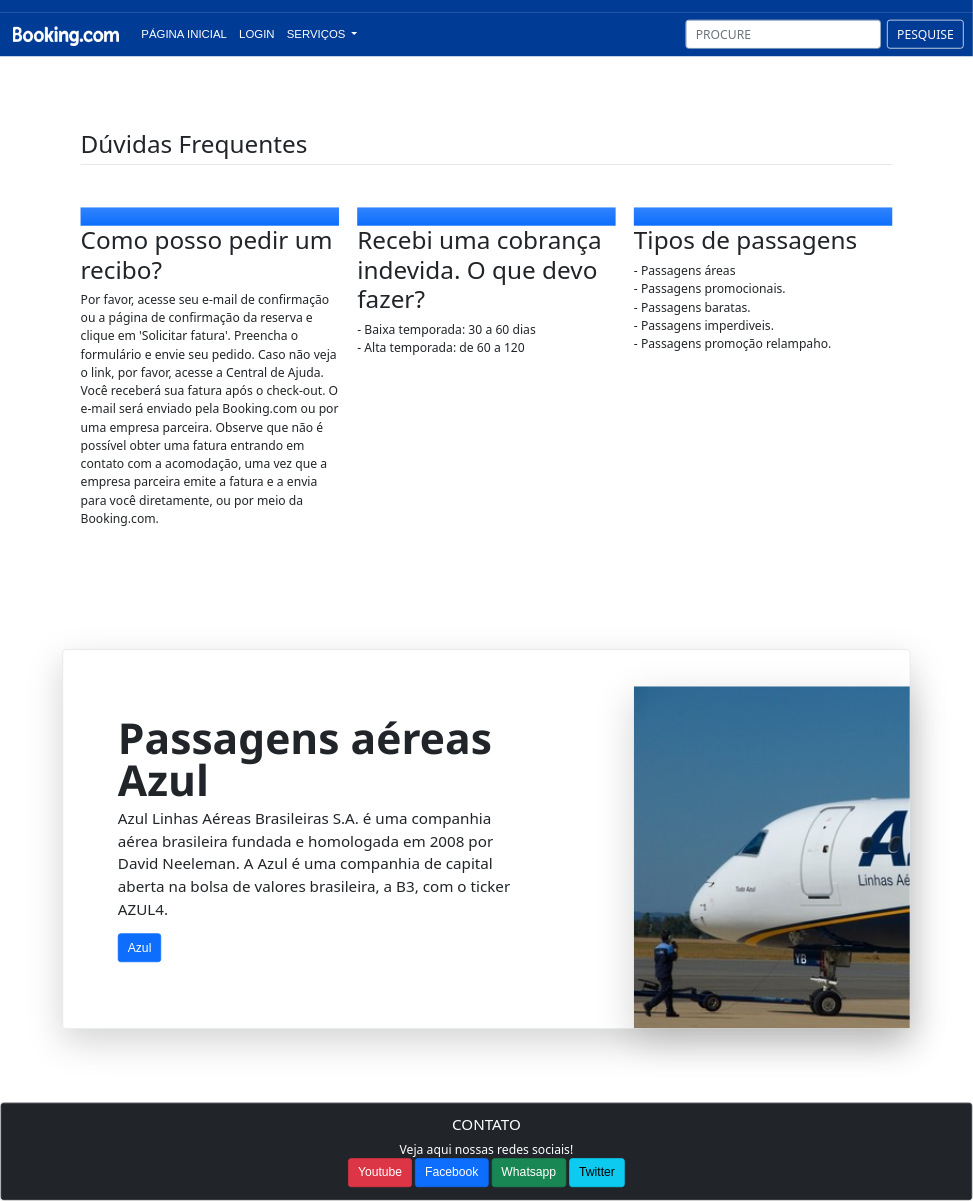
Repository: AnaLuizaDias/INB0243-
Page: faq.html
The author's editor kept a copy of each file at every save. The page is drawn from the files as they stood at one save, then again after the next save.
The browser window is 1280 px wide. The pictures show the whole page, at 76% of full size.

Above is the page before, as saved 2023-10-25 16:21:38.

After the next save:
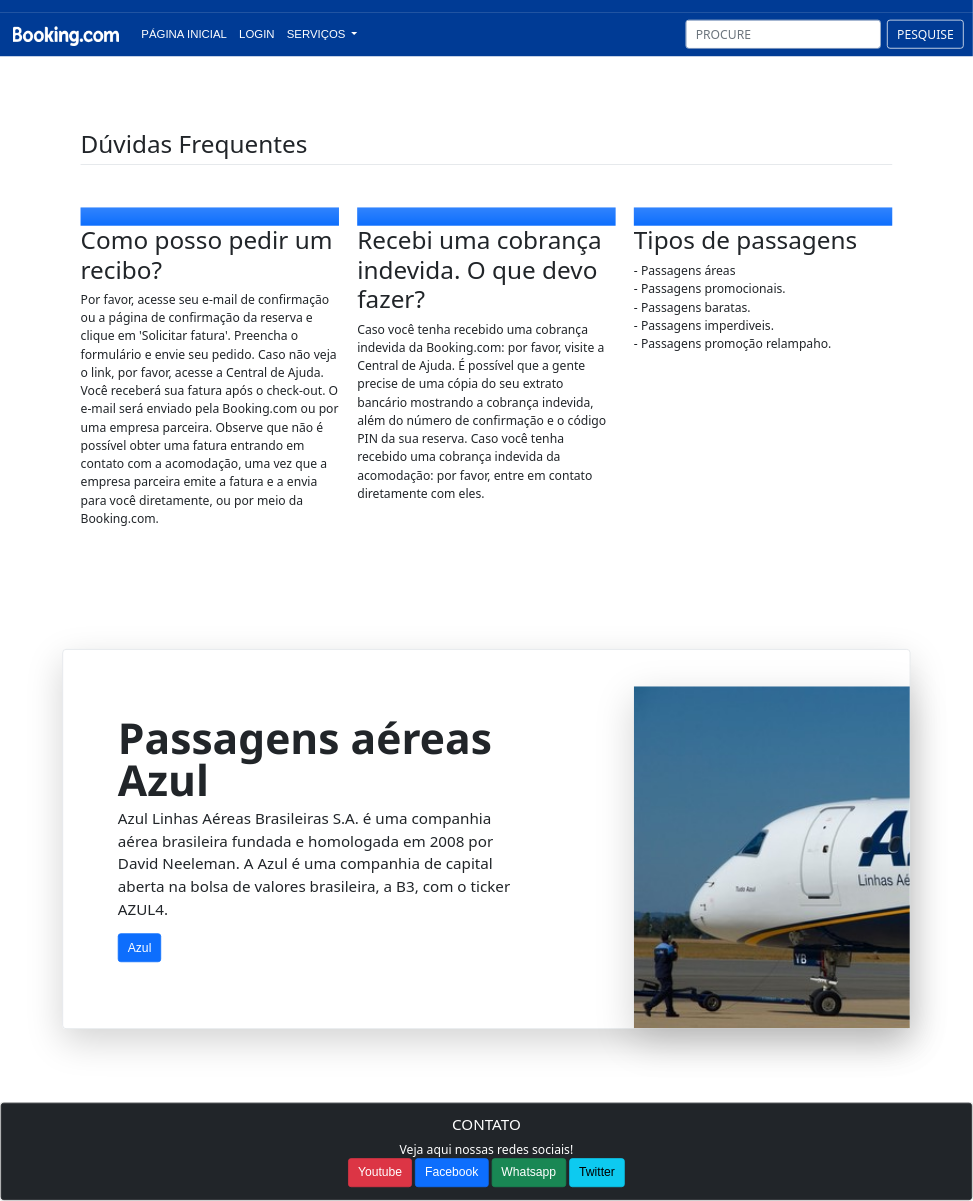
Saved 18 s later.
--- a/faq.html
+++ b/faq.html
@@ -87,7 +87,9 @@
             <svg class="bi" width="1em" height="1em"><use xlink:href="#people-circle"/></svg>
           </div>
           <h2>Recebi uma cobrança indevida. O que devo fazer?</h2>
-          <p> - Baixa temporada: 30 a 60 dias <br> - Alta temporada: de 60 a 120</p>
+          <p> Caso você tenha recebido uma cobrança indevida da Booking.com: por favor, visite a Central de Ajuda. É possível que a gente precise de uma cópia do seu extrato bancário mostrando a cobrança indevida, além do número de confirmação e o código PIN da sua reserva.
+
+            Caso você tenha recebido uma cobrança indevida da acomodação: por favor, entre em contato diretamente com eles.</p>
         </div>
         <div class="feature col">
           <div class="feature-icon bg-primary bg-gradient">
